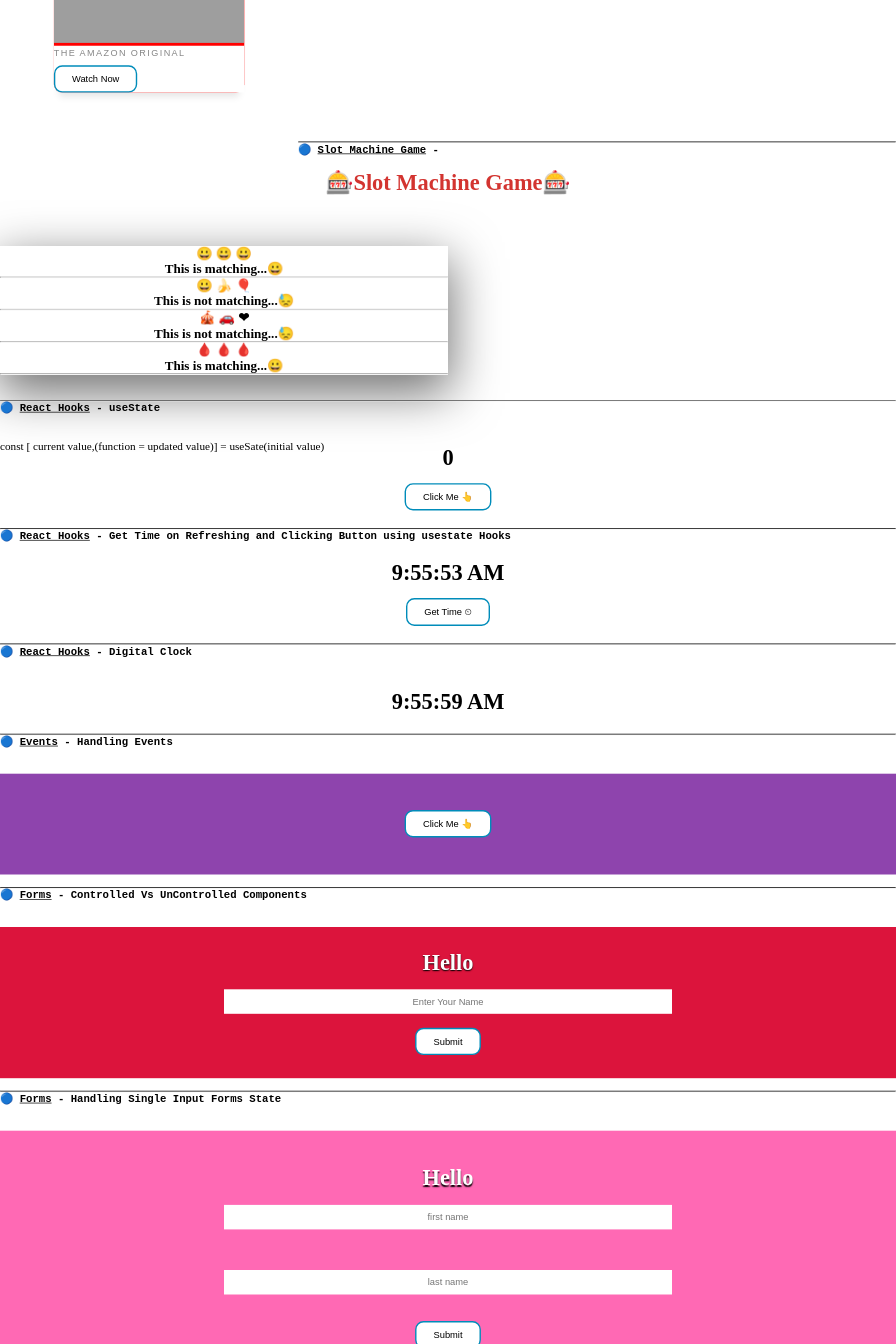
Repository: AalokJadhav/Being_ReactJS
Page: /
The author's editor kept a copy of each file at every save. The page is drawn from the files as they stood at one save, then again after the next save.
The browser window is 1280 px wide. The pictures show the part of the page from y = 3005 to 4925 px (the page is 5471 px tall before and 5977 px after), at 70% of full size.
Pictures or frames that could not be fetched are drawn as grey boxes. Some web fonts or font styles are not loaded; a fallback is used. The project was rebuilt for these pictures with package versions that can differ from the ones it lists, and the page was loaded fresh each time.

Above is the page before, as saved 2021-10-29 10:01:11.

### public/index.html
<!DOCTYPE html>
<html lang="en">

<head>
  <meta charset="utf-8" />
  <link rel="icon" href="%PUBLIC_URL%/favicon.ico" />
  <meta name="viewport" content="width=device-width, initial-scale=1" />
  <meta name="theme-color" content="#000000" />
  <meta name="description" content="Web site created using create-react-app" />
  <link rel="apple-touch-icon" href="%PUBLIC_URL%/logo192.png" />
  <!--
      manifest.json provides metadata used when your web app is installed on a
      user's mobile device or desktop. See https://developers.google.com/web/fundamentals/web-app-manifest/
    -->
  <link rel="manifest" href="%PUBLIC_URL%/manifest.json" />
  <link rel="preconnect" href="https://fonts.googleapis.com">
  <link rel="preconnect" href="https://fonts.gstatic.com" crossorigin>
  <link rel="preconnect" href="https://fonts.googleapis.com">
  <link rel="preconnect" href="https://fonts.gstatic.com" crossorigin>
  <link href="https://fonts.googleapis.com/css2?family=Festive&display=swap" rel="stylesheet">

    <!--
      Notice the use of %PUBLIC_URL% in the tags above.
      It will be replaced with the URL of the `public` folder during the build.
      Only files inside the `public` folder can be referenced from the HTML.

      Unlike "/favicon.ico" or "favicon.ico", "%PUBLIC_URL%/favicon.ico" will
      work correctly both with client-side routing and a non-root public URL.
      Learn how to configure a non-root public URL by running `npm run build`.
    -->
  <title>Being React</title>
</head>

<body>
  <noscript>You need to enable JavaScript to run this app.</noscript>
  <div id="root"></div>
  <!--
      This HTML file is a template.
      If you open it directly in the browser, you will see an empty page.

      You can add webfonts, meta tags, or analytics to this file.
      The build step will place the bundled scripts into the <body> tag.

      To begin the development, run `npm start` or `yarn start`.
      To create a production bundle, use `npm run build` or `yarn build`.
    -->
</body>

</html>

### src/App.js
import React from "react";
import './index.css';

import Navbar from './Header'
import List from "./List";
import CurrentDate from "./CurrentDate";
import RandomImages from "./RandomImages";
import InlineCss from "./InlineCss";
import SimpleGreeting from './SimpleGreeting';
import GoogleFont from "./GoogleFont";
import RComponents from "./RComponents";
import NetflixCard from "./NetflixCard";
import IfElse from "./IfElse";
import SlotMachine from "./SlotMachine";
import Hello from "./HelloWorld";
import UseState from "./UseState";
import GetTime from "./GetTime";
import DigiClock from "./DigitalClock";
import Event from './Events';
import Forms from "./Forms";
import SingleInput from './SingleInput';
import MultipleInput from "./MultipleInput";


function App() {

  return (
    <>
      <Navbar /><br /><br /><br /><br />
      <Hello />
      <CurrentDate />
      <RandomImages />
      <InlineCss />
      <GoogleFont />
      <SimpleGreeting />
      <List />
      <RComponents />
      <NetflixCard />
      <IfElse /><br /><br /><br />
      <SlotMachine /><br /><br />
      <UseState /><br /><br />
      <GetTime /><br /><br />
      <DigiClock />
      <Event />
      <Forms />
      <SingleInput />
      <MultipleInput />
    </>
  );
}



export default App;


//In Pure JavaScript
var h4 = document.createElement('h3');
h4.innerHTML = 'Hello  World From Pure JavaScript...❤❤❤';
document.getElementById('root').appendChild(h4);

### src/Header.jsx
import React from "react";




function Navbar() {

  return (
    <>
      <div className="header">
        <a href="#default" className="logo"><span style={{ color: 'white' }}>Being</span> &nbsp;
          <img src="data:[embedded picture, 514 characters]" alt="" height="20" />
          &nbsp; React</a>
        <div className="header-right">
          <h5 className="active" style={{ color: 'white' }}>Made with <span className="heart">&#x2665;</span> by Alok Jadhav</h5>
        </div>
      </div>
    </>
  );
}
export default Navbar;

### src/List.jsx
import React from "react";
import './index.css';

function List() {
  return (
    <>
      <h3 className="title" >🔵 <u>Order List </u> -</h3><br />
      <div className="content">
        <h3>Netflix Top Series</h3>
        <ol>
          <li>Stranger Things</li>
          <li>Dark</li>
          <li>Money Heiest</li>
          <li>Elite</li>
          <li>Ozark</li>
        </ol>
      </div>
      <br/>
      <hr className="line"></hr>
    </>
  );
}

export default List;

### src/CurrentDate.jsx
import React from "react";


const fullDate = new Date();
const date = fullDate.toLocaleDateString();
const time = fullDate.toLocaleTimeString();


function CurrentDate() {
  return (
    <>
      <h3 className="title">🔵 <u>Display Current date and time in JSX</u> -</h3><br />
      <div className="content">
        <p>Current Date is {`${date}`} </p>
        <p>Current Time is {`${time} `} </p>
      </div>
      <br/>
      <hr className="line"></hr>
    </>
  );
}

export default CurrentDate;

### src/RandomImages.jsx
import React from "react";
import './index.css';

const RandomImgUrl = 'https://picsum.photos/2000';
const RandomImgUrl1 = 'https://picsum.photos/900';
const RandomImgUrl2 = 'https://picsum.photos/800';

function RandomImages() {
  return (
    <>
      <h3 className="title">🔵 <u>JSX Attributes for random image</u> -</h3><br />
      <div className="img_div">
        <img src={RandomImgUrl} alt='random image1' />
        <img src={RandomImgUrl1} alt='random image2' />
        <img src={RandomImgUrl2} alt='random image3' />
      </div>
      <br/>
      <hr className="line"></hr>
    </>
  );
}

export default RandomImages;

### src/InlineCss.jsx
function InlineCss() {
    return (
        <>
            <h3 className="title">🔵 <u>Inline or Internal CSS Styling</u> -</h3><br/>
            <div className="content">
            <h3>Being <span style={{ color: '#61dafb', fontFamily: 'serif' }}>ReactJs</span> </h3>
            </div>
            <br/>
      <hr className="line"></hr>
        </>
    )
}

export default InlineCss;

### src/SimpleGreeting.jsx
const CurrDate = new Date(2021, 14, 10, 9);
const hour = CurrDate.getHours();
let greeting = '';

const cssStyle = {}

if (hour >= 1 && hour < 12) {
    greeting = 'Good Morning..🙂';
    cssStyle.color = 'green';
} else if (hour >= 12 && hour < 19) {
    greeting = 'Good Afternoon..🙄';
    cssStyle.color = 'orange';
} else {
    greeting = 'Good Night..😴';
}

function SimpleGreeting() {
    return (
        <>
            <h3 className="title">🔵 <u>Challenge</u> - Simple Greeting As Timeline change the expression of farewell (ie.Good Morning/Afternoon/Night)</h3><br />
            <div className="challenge1">
                <h1>Hello World...<span style={cssStyle}> {greeting}</span></h1>
            </div>
            <br/>
      <hr className="line"></hr>
        </>
    )
}

export default SimpleGreeting;

### src/GoogleFont.jsx
import React from "react";
import './index.css';


function GoogleFont() {
  return (
    <>
      <h3 className="title">🔵 <u>How to use Google Font</u> -  see font link in index.html </h3><br />
      <div className="content">
        <h4 className="googlefont">Use Google font in React </h4>
      </div>
    </>
  );
}

export default GoogleFont;

### src/RComponents.jsx
import React from 'react';
import GoogleFont from './GoogleFont';
import Title from './Title';

function RComponents() {
    return (
        <>
            <h3 className="title">🔵 <u>React Components</u> - Seprate Piece of code into Components (use Title & GoolgleFont Components) </h3><br />
            <Title />
            <br/>
      <hr className="line"></hr>
            <GoogleFont />
            <br/>
            </>
    )
}

export default RComponents;

### src/NetflixCard.jsx
import React from "react";
import Card from "./Card";
import Sdata from "./Sdata";
import Title from "./Title";

function NetflixCard() {

    return (
        <>
                    <br/>
      <hr className="line"></hr>
            <h3 className="title">🔵 <u>Props & Array with Map Arrow Function</u> - Netflix Card</h3><br />
            <Title /><br />
            {/* <h1 className="heading_styleN" >Netflix Favorite  Series</h1> */}
            {Sdata.map((val, index) => {
                console.log(index);
                return (
                    <Card
                        key={val.id}
                        imgsrc={val.imgsrc}
                        title={val.title}
                        sname={val.sname}
                        link={val.link} />
                )
            })
            }



        </>
    )
}

export default NetflixCard;

### src/IfElse.jsx
import React from "react";
import Card from "./Card";
import Sdata from "./Sdata";

const FavSeries = 'netflix';

function IfElse() {
    if (FavSeries === 'netflix') {
        return (
            <>
                    <br/>
      <hr className="line"></hr>
                <h3 className="title">🔵 <u>If Else Statement</u> - Cards Show ON Condition</h3><br />
                <h1 className="heading_styleA" >Amazon Originals <img className="primelogo" src='https://upload.wikimedia.org/wikipedia/commons/thumb/1/11/Amazon_Prime_Video_logo.svg/800px-Amazon_Prime_Video_logo.svg.png'  alt="random"></img> </h1>
                <Card
                    key={Sdata[1].id}
                    imgsrc={Sdata[1].imgsrc}
                    title={Sdata[1].title}
                    sname={Sdata[1].sname}
                    link={Sdata[1].link} />
            </>
        )
    } else {
        return (
            <>
                <br />
                <hr className="line"></hr>
                <h3 className="title">🔵 <u>If Else Statement</u> - Cards Show with Condition</h3><br />
                <h1 className="heading_styleN" >A Netflix Originals <img className="netflixlogo" src='https://upload.wikimedia.org/wikipedia/commons/thumb/0/08/Netflix_2015_logo.svg/799px-Netflix_2015_logo.svg.png'  alt="random"></img> </h1>
                <Card
                    key={Sdata[2].id}
                    imgsrc={Sdata[2].imgsrc}
                    title={Sdata[2].title}
                    sname={Sdata[2].sname}
                    link={Sdata[2].link} />

            </>
        )



    }

}

export default IfElse;

### src/SlotMachine.jsx
import React from "react";
import './App.css';

const SlotM = (props) => {

    let x = props.x;
    let y = props.y;
    let z = props.z;

    if ((x === y) && (y === z)) {
        return (
            <>
                <div className="slot_inner">
                    <h3>
                        {x} {y} {z}
                    </h3>
                    <h3> This is matching...😀</h3>
                </div>
            </>
        )
    } else {
        return (
            <>
                <div className="slot_inner">
                    <h3>
                        {x} {y} {z}
                    </h3>
                    <h3> This is not matching...😓</h3>
                </div>
            </>
        )
    }
}

const SlotMachine = () => {
    return (
        <>
        <br/>
            <div className="slot_main">
            <hr className="line"></hr>
            <h3 className="title">🔵 <u>Slot Machine Game</u> - </h3><br />
            <h1 className="heading_style" style={{textAlign: 'center'}}> 🎰<span className="flash">Slot Machine Game</span>🎰</h1>
            <br/><br/><br/><br/>
            <div className="slotmachine" style={{textAlign: 'center'}}>
                <SlotM x="😀" y="😀" z="😀" />
                <hr />
                <SlotM x="😀" y="🍌" z="🎈" />
                <hr />
                <SlotM x="🎪" y="🚗" z="❤" />
                <hr />
                <SlotM x="🩸" y="🩸" z="🩸" />
                <hr />
            </div>
            </div>
        </>
    )
}

export default SlotMachine;

### src/HelloWorld.jsx
import React from "react";


const Hello = () => {
    return (
        <>
            <h3 className="title">🔵 <u>Hello World</u> - </h3><br />

            <h4 className="content">Hello  World From ReactJS...✋</h4><br />
            <br/>
      <hr className="line"></hr>
        </>
    )
}

export default Hello;

### src/UseState.jsx
import React, { useState } from "react";


const UseState = () => {
    const state = useState;
    // console.log(state);

    const [count, setCount] = useState(0);

    const IncNo = () => {
        setCount(count + 1);
        if(count === 10) {
            setCount(count - 1);
        }
    }

    return (

        <>
              <hr className="line"></hr>
            <h3 className="title">🔵 <u>React Hooks</u> -  useState </h3><br /><br/>
            <p>const [ current value,(function = updated value)] = useSate(initial value)</p>
            <div className="usestate">
                <h1>{count}</h1><br/>
                <button className="btn" onClick={IncNo}>Click Me 👆</button>
            </div>
        </>
    )
}

export default UseState;

### src/GetTime.jsx
import React, { useState } from 'react';

const GetTime = () => {
    let NewTime = new Date().toLocaleTimeString();
    // console.log(NewTime);

    const [currTime, setTime] = useState(NewTime);

    const getCurrTime = () => {
        NewTime = new Date().toLocaleTimeString();
        setTime(NewTime);
    }
    return (
        <>
              <hr className="line"></hr>
            <h3 className="title">🔵 <u>React Hooks</u> -  Get Time on Refreshing and Clicking Button using usestate Hooks </h3><br /><br />
            <div className="usestate">
                <h1>{currTime}</h1><br />
                <button className="btn" onClick={getCurrTime}>Get Time ⏲</button>
            </div>
        </>
    )
}

export default GetTime;

### src/DigitalClock.jsx
import React, { useState } from "react";

const DigiClock =  () => {
    let NewTime = new Date().toLocaleTimeString();
    // console.log(NewTime);

    const [currTime, setTime] = useState(NewTime);

    const UpdateTime = () => {

        NewTime = new Date().toLocaleTimeString();
        setTime(NewTime);
    }

    setInterval(UpdateTime, 1000);
    return (
        <>
              <hr className="line"></hr>
             <h3 className="title">🔵 <u>React Hooks</u> -  Digital Clock</h3><br /><br />
            <div className="usestate">
                <h1>{currTime}</h1><br />
            </div>
        </>
    )
}

export default DigiClock;

### src/Events.jsx
import React, { useState } from 'react';

const Event = () => {

    const purple = '#8e44ad';
    const [bg, setbg] = useState(purple);
    const [name, setName] = useState('Click Me 👆');

    const bgChange = () => {
        // console.log('clicked');
        let newbg = '#34495e';
        setbg(newbg);
        setName('Double Click');
    }

    const bgBack = () => {
        setbg(purple);
        setName('Thank You 🙂');
    }
    return (
        <>
              <hr className="line"></hr>
            <h3 className="title">🔵 <u>Events</u> -  Handling Events </h3><br /><br />
            <div className="event" style={{ backgroundColor: bg }}>
                <button className="btn" onClick={bgChange} onDoubleClick={bgBack}>{name}</button>
            </div>
            <br/>
        </>
    )
}

export default Event;

### src/Forms.jsx
import React, { useState } from 'react';


const Forms = () => {
    const [name, setName] = useState();
    const [fullname, setFullName] = useState();

    const InputChange = (event) => {
        console.log(event.target.value);
        setName(event.target.value)
    }

    const onsubmits = (event) => {
        event.preventDefault();
        setFullName(name);
    }
    return (
        <>
              <hr className="line"></hr>
              <h3 className="title">🔵 <u>Forms</u> -  Controlled Vs UnControlled Components </h3><br /><br />
              <form onSubmit={onsubmits}>
            <div className="form">
                <h1 className="hello"> Hello {fullname} </h1>
                <input type="text" placeholder="Enter Your Name" onChange={InputChange} value={name}></input>
                <button className="btn" type="submit">Submit</button>
            </div>
            </form>
        </>
    )
}

export default Forms;

### src/SingleInput.jsx
import React, { useState } from "react";


const SingleInput = () => {
    const [firstname, setfirstname] = useState('');
    const [lastname, setlastname] = useState('');
    const [fullName, setFullName] = useState();

    const submit = (event) => {
        event.preventDefault();
        setFullName(firstname);
    }

    const InputEvent = (event) => {
        console.log(event.target.value);
        setfirstname(event.target.value)
    }

    const InputEvent1 = (event) => {
        console.log(event.target.value);
        setlastname(event.target.value)
    }
    return (
        <>
            <br />
            <hr className="line"></hr>
            <h3 className="title">🔵 <u>Forms</u> -  Handling Single Input Forms State
            </h3><br /><br />
            <form onSubmit={submit}>
                <div className="loginform">
                    <h1 className="hello"> Hello {fullName}</h1>
                    <input type="text" placeholder="first name" onChange={InputEvent} value={firstname}></input>
                    <br />
                    <input type="text" placeholder="last name" onChange={InputEvent1} value={lastname}></input>
                    <br />
                    <button className="btn" type="submit">Submit</button>
                </div>
            </form>
        </>
    )
}

export default SingleInput;

### src/Title.jsx
import React from "react";


function Title() {
    return (
        <div className="content">
            <h2><span style={{color: 'red'}}>Netflix</span> & <span style={{color: '#0f79af'}}>Amazon</span> Top Series</h2>
        </div>

    )
}



export default Title;

### src/Card.jsx
import React from "react";
import Images from "./CardImages";
import NcardHeading from "./NcardHeading";

function Card(props) {
  return (
    <>
      <div className="cards">
        <div className="card">
          <Images imgsrc={props.imgsrc} />
          <div className="card__info">
            <span className="card__category">{props.title}</span>
            <NcardHeading sname={props.Sname} />
            <a href={props.link} target="_blank" rel="noreferrer">
              <button className="btn">Watch Now</button>
            </a>
          </div>
        </div>
      </div>
    </>
  )
}

export default Card;

### src/Sdata.jsx
const Sdata = [
  {
    id: 1,
    imgsrc:
      "http://cdn.shopify.com/s/files/1/0151/0741/products/pg1004_1024x1024.jpg?v :1578633269",
    title: "A Netflix Series",
    sname: "F.R.I.E.N.D.S",
    link: "https://www.netflix.com/in/title/70153404",
  },
  {
    id: 2,
    imgsrc: "https://talenthouse-res.cloudinary.com/image/upload/c_limit,fl_progressive,h_1280,w_1280/v1542188034/user-849291/submissions/mfa0no5fxv0d2t40jgpt.jpg",
    title: "The Amazon Original",
    sname: "Mirzapur",
    link: "https://www.primevideo.com/detail/Mirzapur/0PDOKMV9CRLOMO5EUKNCUJLG4Q",
  },
  {
    id: 3,
    imgsrc: "https://wallpapercave.com/wp/wp4056407.jpg",
    title: "A Netflix Series",
    sname: "Dark",
    link: "https://www.netflix.com/in/title/80100172",
  },
  {
    id: 4,
    imgsrc: "https://i1.wp.com/urbanasian.com/wp-content/uploads/2021/01/C5171E29-D5A4-4E14-99B2-CA462FC48FA2.png?fit=525%2C453&ssl=1",
    title: "The Amazon Original",
    sname: "The Family Man",
    link: "https://www.primevideo.com/detail/The-Family-Man/0H3DDB4KBJFNDCKKLHNRLRLVKQ",
  },
  {
    id: 5,
    imgsrc: "https://wallpapercave.com/wp/wp1839578.jpg",
    title: "A Netflix Series",
    sname: "Stranger Things",
    link: "https://www.netflix.com/in/title/80057281",
  },
  {
    id: 6,
    imgsrc: "https://www.91-cdn.com/hub/wp-content/uploads/2021/07/Paatal-Lok-highest-rated-Hindi-web-series-to-watch-on-Amazon-Prime-Video.jpg?tr=q-100",
    title: "The Amazon Original",
    sname: "Paatal Lok",
    link: "https://www.primevideo.com/detail/Paatal-Lok/0G9IEOHCN8KMY6COD9ILGH7IY5",
  },
];

export default Sdata;

### src/CardImages.jsx
import React from "react";

const Images = (props) => {
    return <img src={props.imgsrc} alt="friends" className="card__img" />

};

export default Images;

### src/NcardHeading.jsx
import React from "react";

const NcardHeading = (props) => {
  return <h3 className="card__title">{props.Sname}</h3>
}

export default NcardHeading;

### src/LoginForm.jsx
import React, { useState } from 'react';



const LoginForm = () => {
    const [FullName, setFullName] = useState({
        fname: '',
        lname: '',
    });


    const submit = (event) => {
        event.preventDefault();
        alert('form submitted..!')
    }

    const inputEvent = (event) => {
        console.log(event.target.value);
        console.log(event.target.name);

        const value = event.target.value;
        const name = event.target.name;

        setFullName((preValue) => {
            // console.log(preValue);

            if (name === 'fName') {
                return {
                    fname: value,
                    lname: preValue.lname,
                }
                } else if (name === 'lName') {
                    return {
                        fname: preValue.fname,
                        lname: value,
                    }

            }
        })
    }

    return (

        <>
            <br />
            <hr className="line"></hr>
            <h3 className="title">🔵 <u>Forms</u> -  Handling Complex Multiple Input Forms State </h3><br /><br />
            <form onSubmit={submit}>
                <div className="loginform1">
                    <h1 className="hello"> Hello {FullName.fname} {FullName.lname}</h1>
                    <input type="text" placeholder="first name" onChange={inputEvent} name="fName" value={FullName.fname}></input>
                    <br />
                    <input type="text" placeholder="last name" onChange={inputEvent} name="lName" value={FullName.lname}></input>
                    <br />
                    <button className="btn" type="submit">Submit</button>
                </div>
            </form>
        </>
    )
}

export default LoginForm;

Loaded but not shown: src/index.css (common file); src/index.js (10 lines, source omitted); src/App.css (349 lines, source omitted); src/MultipleInput.jsx (62 lines, source omitted)

After the next save:
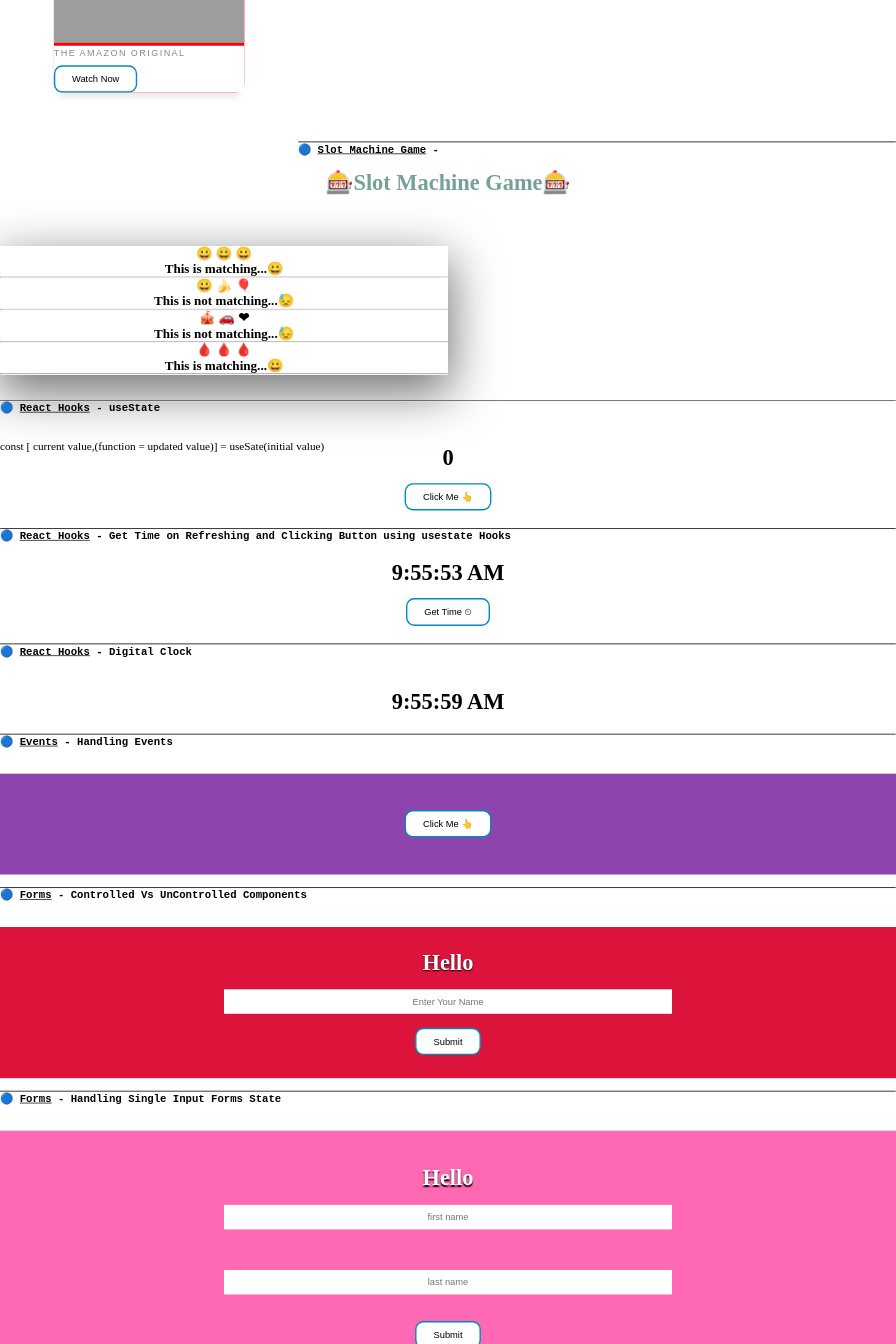
Saved 2 s later.
--- a/src/App.js
+++ b/src/App.js
@@ -20,6 +20,7 @@ import Event from './Events';
 import Forms from "./Forms";
 import SingleInput from './SingleInput';
 import MultipleInput from "./MultipleInput";
+import LoginForm from "./LoginForm";
 
 
 function App() {
@@ -45,6 +46,7 @@ function App() {
       <Forms />
       <SingleInput />
       <MultipleInput />
+      <LoginForm />
     </>
   );
 }
